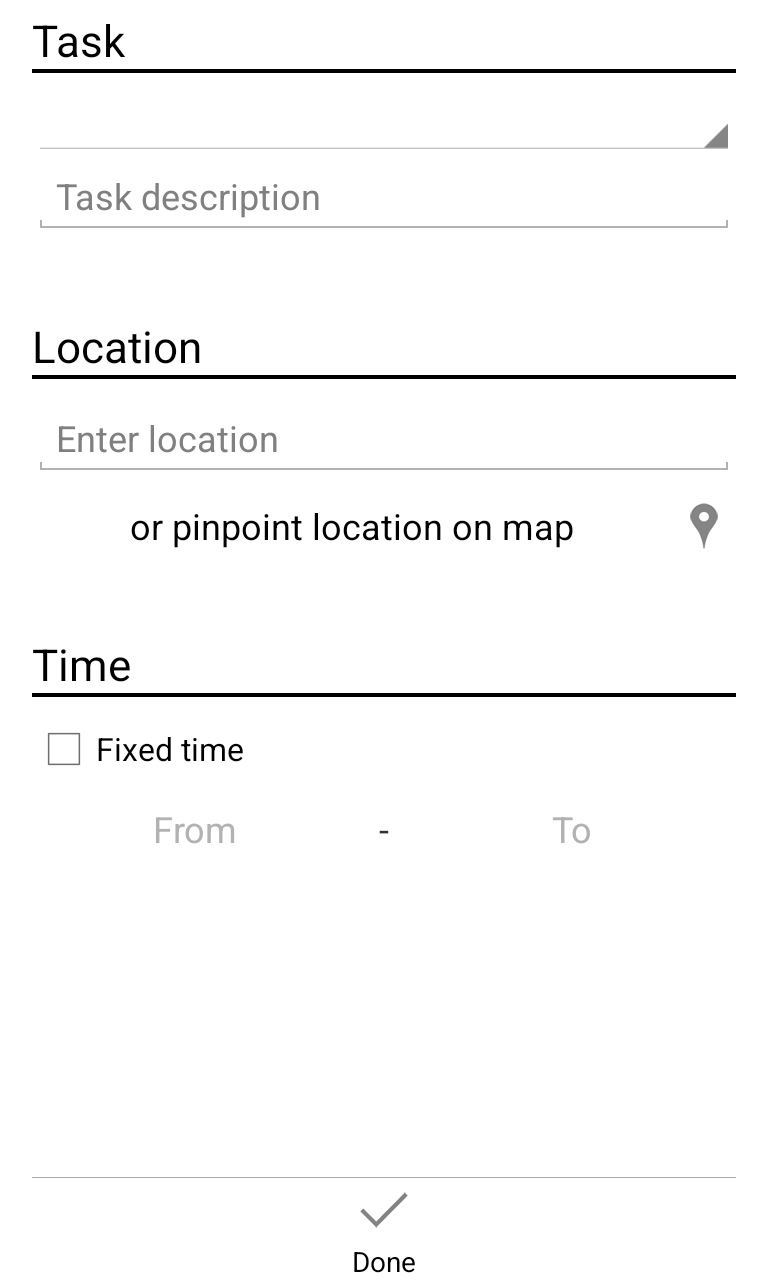
Repository: larserikstrand/IMT4904-Master
Layout: Todoity/res/layout/activity_new_task.xml
An editor plug-in stored every save of this project. The layout is shown before and after the next save, followed by the edit.
It is drawn on a 768 x 1280 px phone screen (xhdpi) without system bars, with theme android:Theme.Holo.Light; the app's code is not run.

Above is the layout before, as saved 2014-03-04 15:13:57.

### Todoity/res/layout/activity_new_task.xml
<LinearLayout xmlns:android="http://schemas.android.com/apk/res/android"
    xmlns:tools="http://schemas.android.com/tools"
    android:id="@+id/container"
    android:layout_width="match_parent"
    android:layout_height="match_parent"
    android:paddingLeft="@dimen/activity_horizontal_margin"
    android:paddingRight="@dimen/activity_horizontal_margin"
    android:orientation="vertical"
    tools:context=".NewTaskActivity"
    android:clickable="true"
    android:focusable="true"
	android:focusableInTouchMode="true" >

    <ScrollView android:layout_width="match_parent"
        android:layout_height="0dp"
        android:layout_weight="1" >

    	<LinearLayout android:layout_width="match_parent"
        	android:layout_height="wrap_content"
        	android:orientation="vertical" >

    	    <TextView
        		android:layout_width="wrap_content"
        		android:layout_height="wrap_content"
        		android:layout_marginTop="5dp"
        		android:text="@string/task"
        		android:textAppearance="?android:attr/textAppearanceLarge" />

    		<View android:layout_width="match_parent"
        		android:layout_height="2dp"
        		android:layout_marginBottom="10dp"
        		android:background="@android:color/black" />

    		<Spinner android:id="@+id/category_spinner"
        		android:layout_width="match_parent"
        		android:layout_height="wrap_content" />

    		<EditText android:id="@+id/description_edit"
        		android:layout_width="match_parent"
        		android:layout_height="wrap_content"
        		android:layout_marginBottom="10dp"
        		android:lines="2"
        		android:hint="@string/task_description_hint"
        		android:inputType="textCapSentences" />

        	<TextView
        		android:layout_width="wrap_content"
        		android:layout_height="wrap_content"
        		android:layout_marginTop="30dp"
        		android:text="@string/location"
        		android:textAppearance="?android:attr/textAppearanceLarge" />

        	<View android:layout_width="match_parent"
        		android:layout_height="2dp"
        		android:layout_marginBottom="10dp"
        		android:background="@android:color/black" />

    		<AutoCompleteTextView android:id="@+id/location_text"
        		android:layout_width="match_parent"
        		android:layout_height="wrap_content"
        		android:hint="@string/location_hint"
        		android:inputType="textCapWords" />

    		<Button android:id="@+id/location_button"
        		android:layout_width="match_parent"
        		android:layout_height="wrap_content"
        		android:background="?android:attr/selectableItemBackground"
        		android:text="@string/pinpoint"
        		android:drawableRight="@drawable/ic_location_place" />



    		<TextView
        		android:layout_width="wrap_content"
        		android:layout_height="wrap_content"
        		android:layout_marginTop="30dp"
        		android:text="@string/time"
        		android:textAppearance="?android:attr/textAppearanceLarge" />

    		<View android:layout_width="match_parent"
        		android:layout_height="2dp"
        		android:layout_marginBottom="10dp"
        		android:background="@android:color/black" />

    		<CheckBox android:id="@+id/fixed_time_check"
        		android:layout_width="match_parent"
        		android:layout_height="wrap_content"
        		android:text="@string/fixed_time" />

    		<LinearLayout android:id="@+id/time_layout"
        		android:layout_width="match_parent"
        		android:layout_height="wrap_content"
        		android:orientation="horizontal" >

        		<Button android:id="@+id/from_button"
            		android:layout_width="0dp"
            		android:layout_height="wrap_content"
            		android:layout_weight="1"
            		android:layout_marginRight="10dp"
            		android:background="?android:attr/selectableItemBackground"
            		android:text="@string/from"
            		android:enabled="false" />

        		<TextView android:layout_width="wrap_content"
            		android:layout_height="wrap_content"
            		android:text="@string/divider"
            		android:textSize="18sp" />

        		<Button android:id="@+id/to_button"
            		android:layout_width="0dp"
            		android:layout_height="wrap_content"
            		android:layout_weight="1"
            		android:layout_marginLeft="10dp"
            		android:background="?android:attr/selectableItemBackground"
            		android:text="@string/to"
            		android:enabled="false" />

    		</LinearLayout>

    	</LinearLayout>

    </ScrollView>

    <View android:layout_width="match_parent"
        android:layout_height="0.2dp"
        android:background="@android:color/darker_gray" />

    <Button android:id="@+id/done_button"
        android:layout_width="match_parent"
        android:layout_height="wrap_content"
        android:background="?android:attr/selectableItemBackground"
        android:drawableTop="@drawable/ic_navigation_accept"
        android:text="@string/done"
        android:textAppearance="?android:attr/textAppearanceSmall" />

</LinearLayout>

### Todoity/res/values/strings.xml
<?xml version="1.0" encoding="utf-8"?>
<resources>

    <!-- Titles -->
    <string name="app_name">Todoity</string>
    <string name="title_activity_list">ListActivity</string>
    <string name="title_activity_new_task">New Task</string>
    <string name="title_activity_map">Map</string>
    <string name="title_activity_settings">Settings</string>
    <string name="title_activity_about">About</string>

    <!-- Menu -->
    <string name="action_settings">Settings</string>
    <string name="action_about">About</string>

    <!-- General -->
    <string name="owner">Owner: Lars Erik Strand</string>
    <string name="today">Today</string>
    <string name="week">Week</string>
    <string name="all_tasks">All Tasks</string>
    <string name="task">Task</string>
    <string name="new_task_list">New List</string>
    <string name="new_task">New Task</string>
    <string name="edit_list">Edit List</string>
    <string name="edit">Edit</string>
    <string name="delete">Delete</string>
    <string name="delete_task">Delete task</string>
    <string name="discard">Discard</string>
    <string name="set_date">Set date</string>
    <string name="save">Save</string>
    <string name="done">Done</string>
    <string name="location">Location</string>
    <string name="location_hint">Enter location</string>
    <string name="pinpoint">or pinpoint location on map</string>
    <string name="task_description_hint">Task description</string>
    <string name="time">Time</string>
    <string name="fixed_time">Fixed time</string>
    <string name="from">From</string>
    <string name="to">To</string>
    <string name="divider">-</string>
    <string name="start">Start</string>
    <string name="pause">Pause</string>
    <string name="finished">Finished</string>
    <string name="confirm">Confirm</string>
    <string name="add">Add</string>
    <string name="occupation">Occupation</string>
    <string name="move_task">Move task to another day</string>
    <string name="welcome">Welcome</string>

    <!-- Messages/Alerts -->
    <string name="set_location_message">You must choose a location for your task.</string>
    <string name="set_category_message">You must enter a task category.</string>
    <string name="set_date_message">You must enter a date.</string>
    <string name="set_time_message">This task has a fixed time. You must set the start and end time of the task.</string>
    <string name="save_message">Saving. Please wait&#8230;</string>
    <string name="discard_list_message">Are you sure you want do discard this list?</string>
    <string name="delete_list_message">Are you sure you want to delete this list?</string>
    <string name="welcome_message">Welcome to Todoity. As this is your first time running this application, please select an occupation before proceeding. You can change your occupation in settings later.</string>
    <string name="no_tasks_message">You haven\'t entered any tasks to save.</string>
    <string name="existing_list_message">A list with this date already exist. Do you wish to add tasks to the existing list or delete the existing list?</string>
    <string name="about_message">Todoity is developed as a Master thesis project at Gjøvik University College. It\'s purpose is not only to keep track of your tasks but also to gather contextual information as you do the tasks in order to give you future task recommendations.</string>

    <!-- Service -->
    <string name="service_notification_title">MTP Context Service:</string>
    <string name="service_notification_message">Collecting contexts</string>

    <!-- Preferences -->
    <string name="pref_context_storage">Context Storage</string>
    <string name="pref_occupation_default">None</string>
    <string name="pref_context_storage_summ">Allow application to collect and store context information</string>
    <string name="pref_undergraduate">Undergraduate student (Bachelor)</string>
    <string name="pref_postgraduate">Postgraduate student (Master, Ph.D.)</string>

    <!-- Arrays -->


    <!-- Occupation task templates -->

    <string-array name="undergraduate_tasks_array">
        <item>Attend lecture</item>
        <item>Read</item>
        <item>Write report</item>
        <item>Do course exercises</item>
        <item>Meeting</item>
        <item>Group work</item>
        <item>Practical work</item>
        <item>Other</item>
    </string-array>
    <string-array name="postgraduate_tasks_array">
        <item>Attend lecture</item>
        <item>Read</item>
        <item>Write report</item>
        <item>Do course exercises</item>
        <item>Meeting</item>
        <item>Group work</item>
        <item>Practical work</item>
        <item>Experiment</item>
        <item>Other</item>
    </string-array>

    <!-- Occupation types -->
    <string-array name="pref_occupation_values">
        <item>Undergraduate student (Bachelor)</item>
        <item>Postgraduate student (Master, Ph.D.)</item>
    </string-array>


    <!-- Colors -->
    <color name="lightgreen">#2200ff00</color>
    <color name="lightgrey">#55aaaaaa</color>

</resources>

Loaded but not shown: Todoity/res/values/dimens.xml (common file)

After the next save:
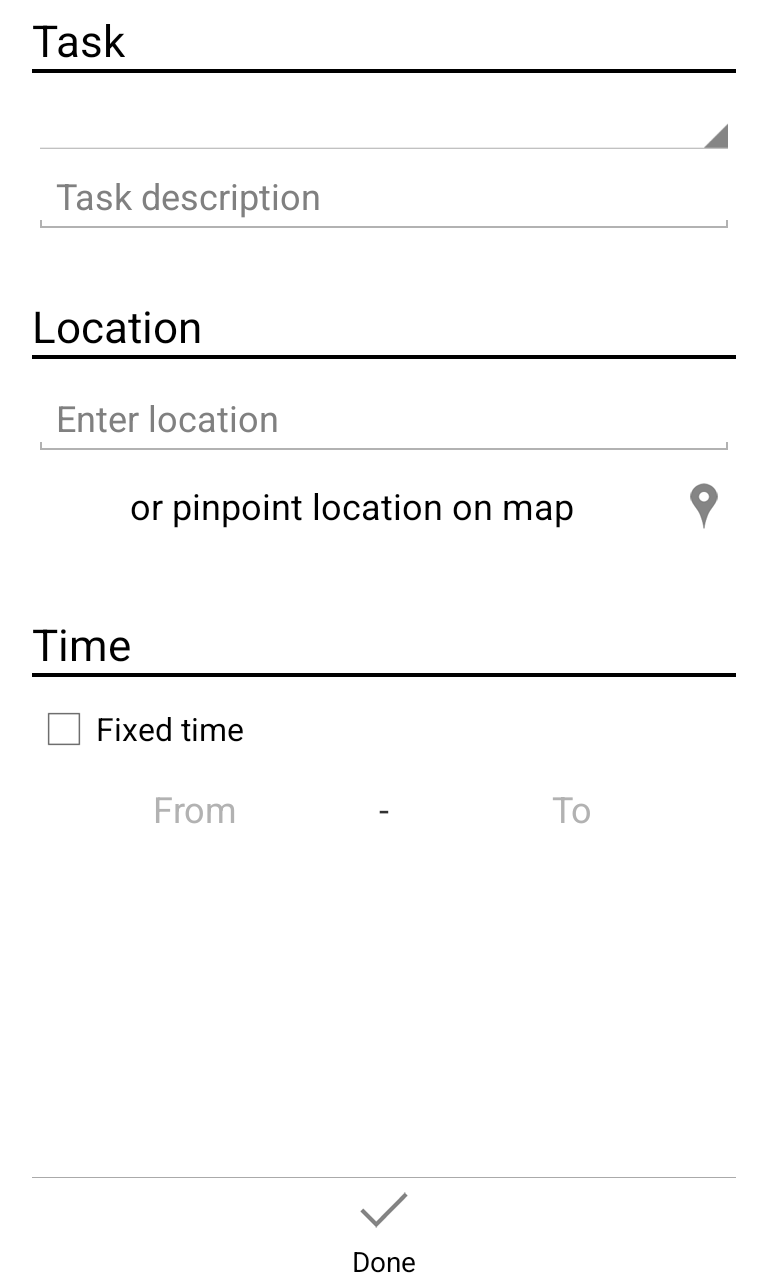
Saved 62 s later.
--- a/Todoity/res/layout/activity_new_task.xml
+++ b/Todoity/res/layout/activity_new_task.xml
@@ -38,7 +38,6 @@
     		<EditText android:id="@+id/description_edit"
         		android:layout_width="match_parent"
         		android:layout_height="wrap_content"
-        		android:layout_marginBottom="10dp"
         		android:lines="2"
         		android:hint="@string/task_description_hint"
         		android:inputType="textCapSentences" />
